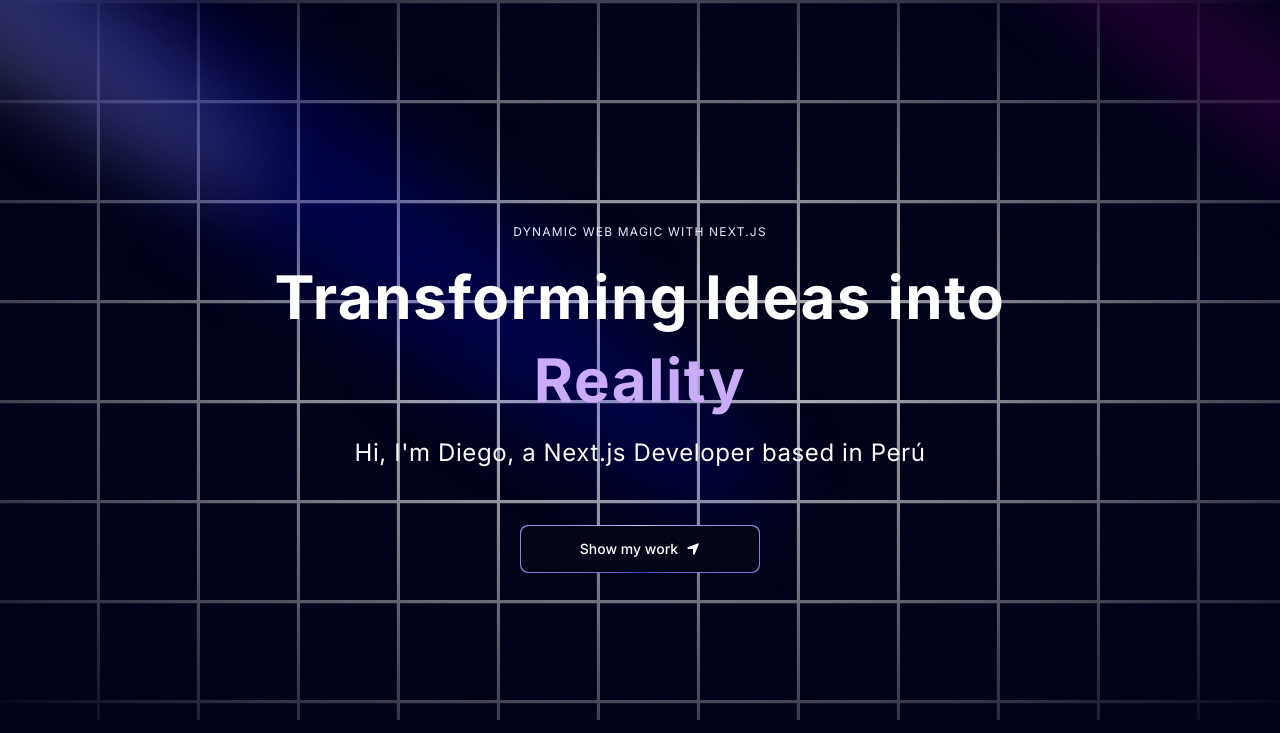
Repository: drsamame/portfolio.next
Page: /
The author's editor kept a copy of each file at every save. The page is drawn from the files as they stood at one save, then again after the next save.
The browser window is 1280 px wide. The pictures show the whole page.
The project was rebuilt for these pictures with package versions that can differ from the ones it lists, and the page was loaded fresh each time. The framework's server and built-in components were replaced by stand-ins that run in the browser. Also part of the build but not shown: next.config.mjs.

Above is the page before, as saved 2024-07-02 18:08:24.

After the next save:
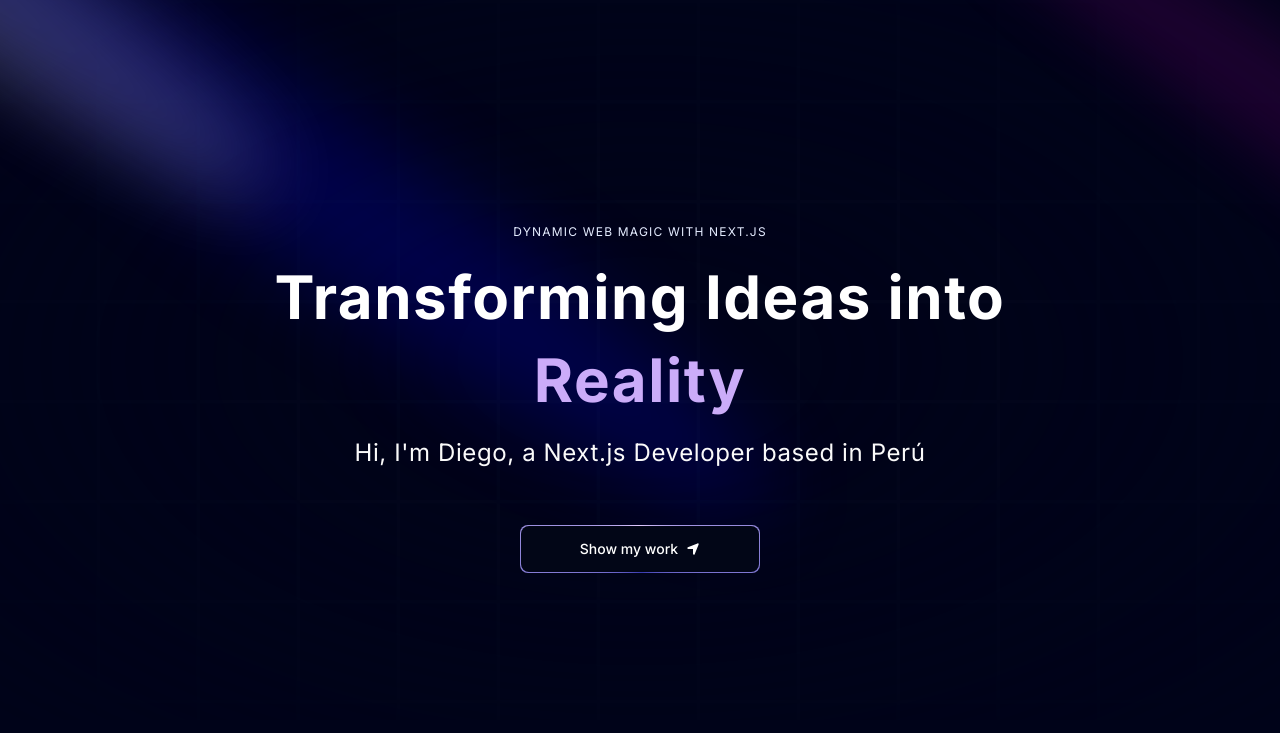
Saved 5 s later.
--- a/components/Hero.tsx
+++ b/components/Hero.tsx
@@ -19,7 +19,7 @@
 				/>
 				<Spotlight className="top-28 left-80 h-[80-vh] w-[50vw]" fill="blue" />
 			</div>
-			<div className="h-screen w-full dark:bg-black-100 bg-white  dark:bg-grid-white/[0.67] bg-grid-black/[0.1] flex items-center justify-center absolute left-0 top-0">
+			<div className="h-screen w-full dark:bg-black-100 bg-white  dark:bg-grid-white/[0.01] bg-grid-black/[0.1] flex items-center justify-center absolute left-0 top-0">
 				<div className="absolute pointer-events-none inset-0 flex items-center justify-center dark:bg-black-100 bg-white [mask-image:radial-gradient(ellipse_at_center,transparent_20%,black)]"></div>
 			</div>
 			<div className="flex justify-center relative my-20 z-10">
